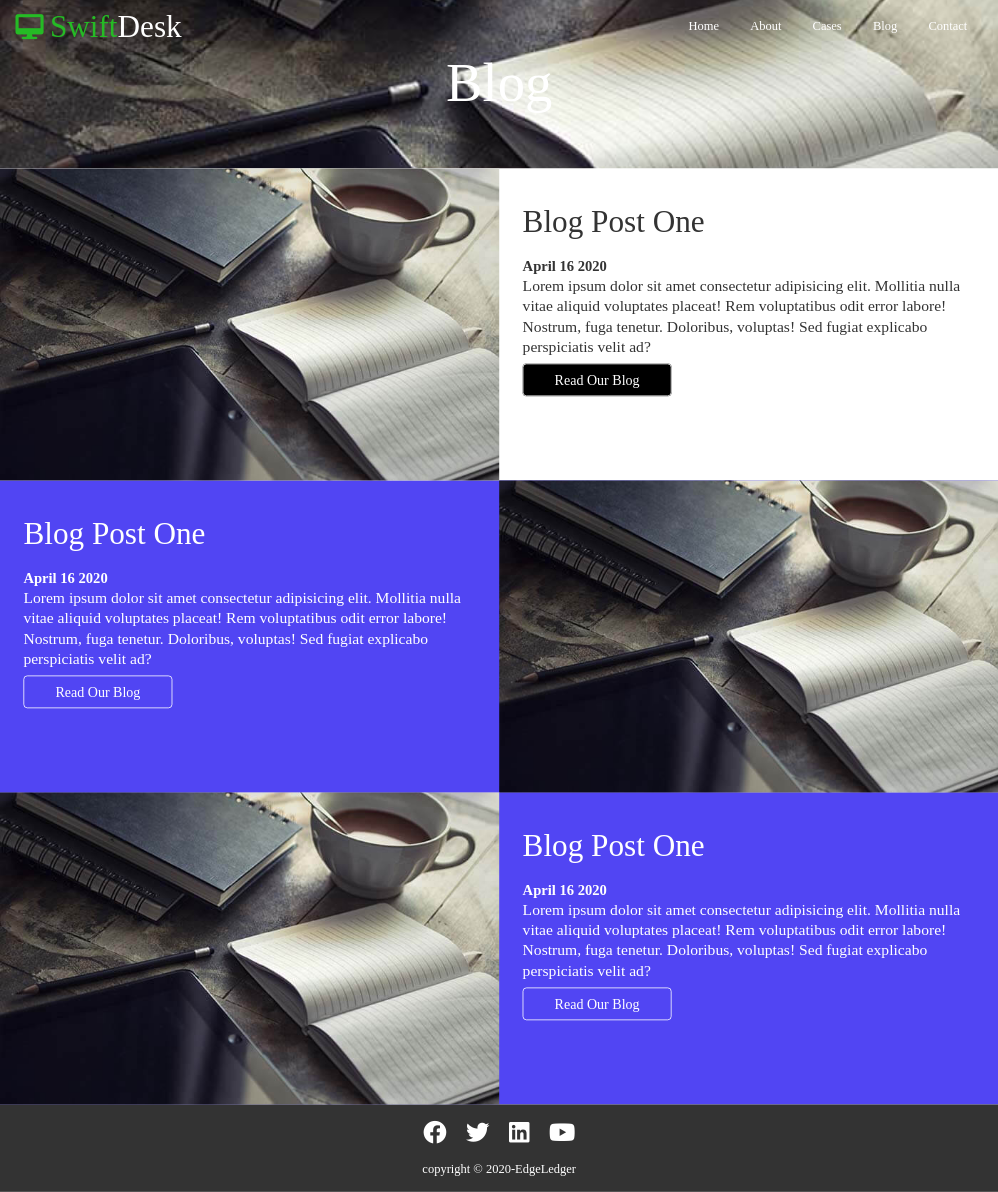
Repository: reemoon-ctrl/swiftdisk-Website-Flexbox
Page: blog.html
The author's editor kept a copy of each file at every save. The page is drawn from the files as they stood at one save, then again after the next save.
The browser window is 1280 px wide. The pictures show the whole page, at 78% of full size.

Above is the page before, as saved 2024-07-27 12:41:37.

After the next save:
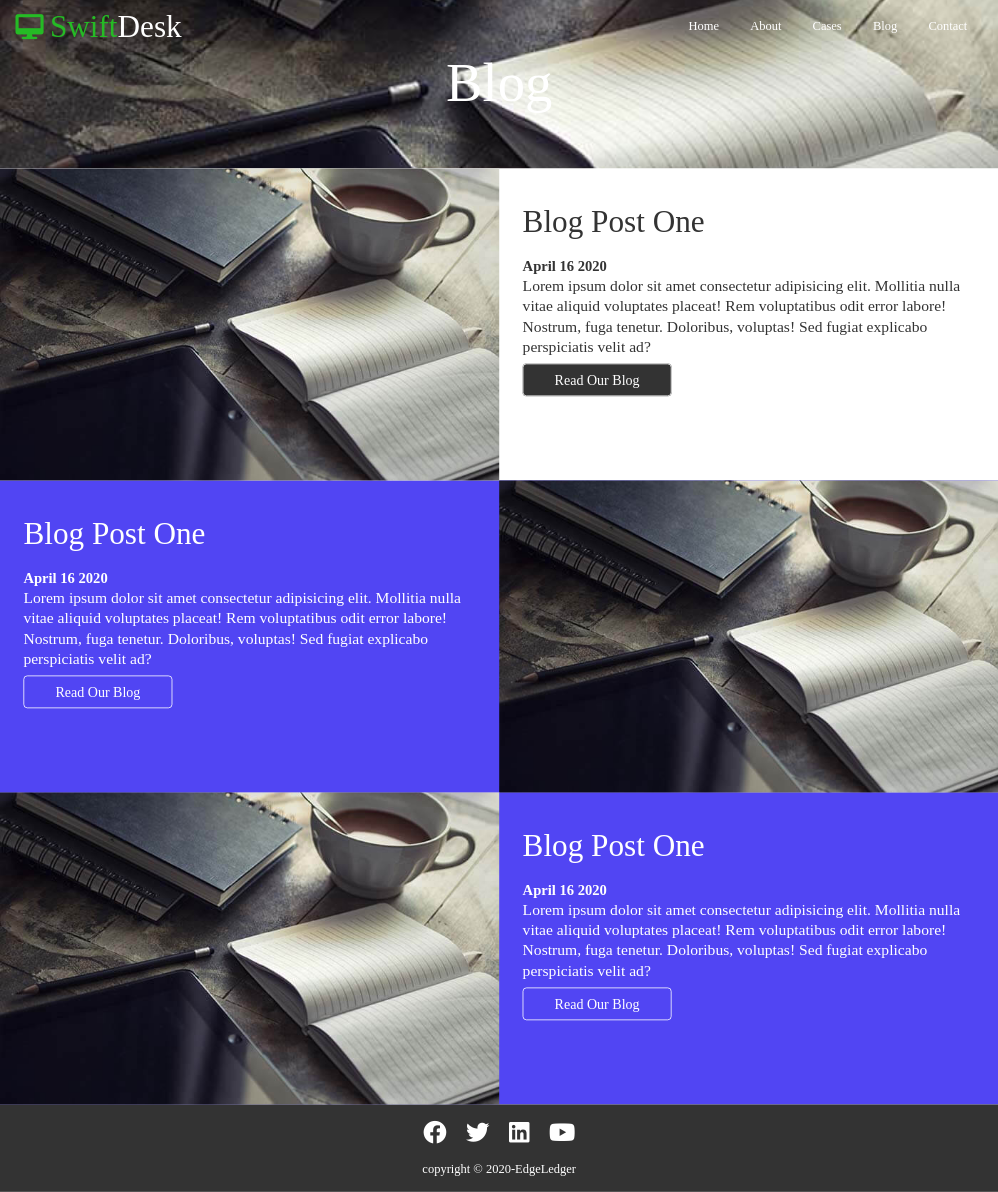
Saved 5 s later.
--- a/index.css
+++ b/index.css
@@ -345,7 +345,7 @@ header h1{
     padding: 10px 40px;
     border: 1px solid;
     color:#fff;
-    background-color: #000;
+    background-color: #333;
     text-decoration: none;
     border-radius: 5px;
     font-size: 18px;
